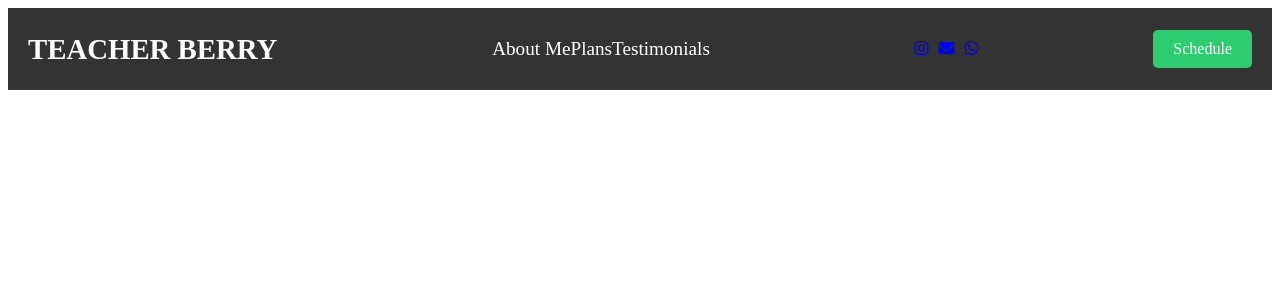
Repository: ntandomagana/esl-landing-page
Page: index.html
An editor plug-in stored every save of this project. The page is shown before and after a run of saves, followed by the edit.
The browser window is 1280 px wide. The pictures show the whole page.

Above is the page before, as saved 2024-07-16 23:01:58.

### index.html
<!DOCTYPE html>
<html lang="en">
<head>
    <meta charset="UTF-8">
    <meta name="viewport" content="width=device-width, initial-scale=1.0">
    <link rel="stylesheet" href="https://cdnjs.cloudflare.com/ajax/libs/font-awesome/6.0.0-beta3/css/all.min.css">

    <title>Berry's English</title>
    <link rel="stylesheet" href="index.css">
</head>
<body>
    <!-- Header Section -->
    <header>
        <div class="header-container">
            <div class="logo">Teacher Berry</div>
            <nav>
                <ul>
                    <li><a href="#about">About Me</a></li>
                    <li><a href="#services">Plans</a></li>
                    <li><a href="#testimonials">Testimonials</a></li>

                </ul>
            </nav>
            <div class="social-links">
                <a href="#" class="social-link"><i class="fab fa-instagram"></i></a>
                <a href="mailto:berry@example.com" class="social-link"><i class="fas fa-envelope"></i></a>
                <a href="https://wa.me/1234567890" class="social-link"><i class="fab fa-whatsapp"></i></a>
            </div>
            <a href="#contact" class="schedule-button">Schedule</a>
        </div>
    </header>
    </footer>
</body>
</html>

### index.css


.header-container {
    display: flex;
    justify-content: space-between;
    align-items: center;
    padding: 10px 20px;
    background-color: #333;
    color: #fff;
}

.logo {
    font-size: 1.8rem;
    font-weight: bold;
    text-transform: uppercase;
}
nav {
    margin-left: 20px;
}

nav ul {
    list-style-type: none;
    padding: 0;
    margin: 0;
    display: flex;
    justify-content: space-between;
    padding: 20px 20px;
}

nav ul li a {
    color: #fff;
    text-decoration: none;
    font-size: 1.2rem;
}
.social-links {
    display: flex;
    align-items: center;
}

.social-link {
    margin-left: 10px;
}

.schedule-button {
    padding: 10px 20px;
    background-color: #2ecc71;
    color: #fff;
    text-decoration: none;
    border-radius: 5px;
    transition: background-color 0.3s ease;
}

.schedule-button:hover {
    background-color: #27ae60;
}

After the next 2 saves:
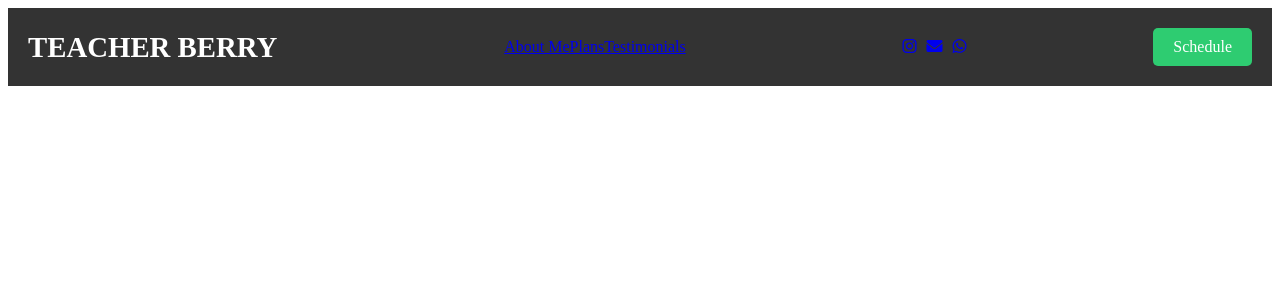
The 2 saves are shown as one change because they came seconds apart.
The last was saved 25 s later.
--- a/index.css
+++ b/index.css
@@ -27,6 +27,8 @@ nav ul {
     padding: 20px 20px;
 }
 
+nav ul
+
 nav ul li a {
     color: #fff;
     text-decoration: none;

After the 2 saves that followed:
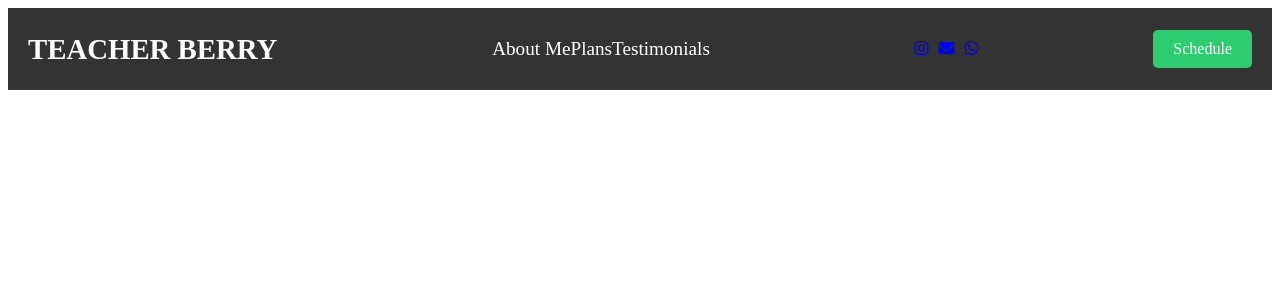
The 2 saves are shown as one change because they came seconds apart.
The last was saved 6 s later.
--- a/index.css
+++ b/index.css
@@ -27,7 +27,9 @@ nav ul {
     padding: 20px 20px;
 }
 
-nav ul
+nav ul li {
+
+}
 
 nav ul li a {
     color: #fff;
